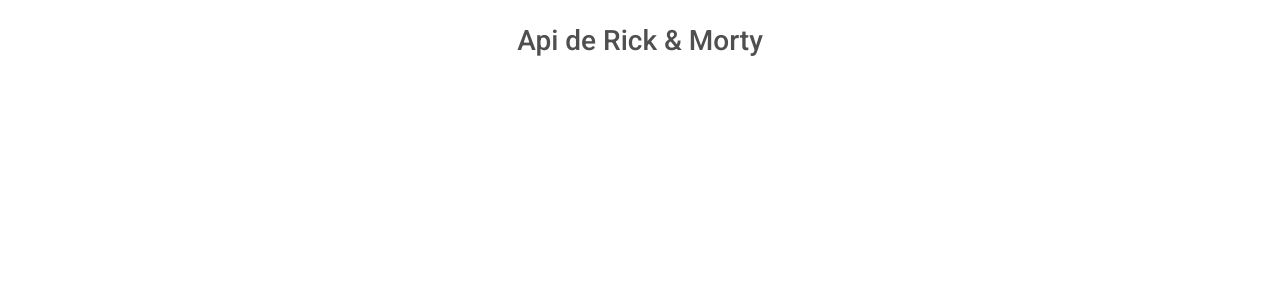
Repository: TzStrikerYT/myClassRoom
Page: consumo-api/index.html
An editor plug-in stored every save of this project. The page is shown before and after the next save, followed by the edit.
The browser window is 1280 px wide. The pictures show the whole page.

Above is the page before, as saved 2022-02-04 19:56:03.

### consumo-api/index.html
<!DOCTYPE html>
<html lang="en">
  <head>
    <meta charset="UTF-8" />
    <meta http-equiv="X-UA-Compatible" content="IE=edge" />
    <meta name="viewport" content="width=device-width, initial-scale=1.0" />
    <title>Document</title>

    <!-- Font Awesome -->
    <link
      href="https://cdnjs.cloudflare.com/ajax/libs/font-awesome/5.15.1/css/all.min.css"
      rel="stylesheet"
    />
    <!-- Google Fonts -->
    <link
      href="https://fonts.googleapis.com/css?family=Roboto:300,400,500,700&display=swap"
      rel="stylesheet"
    />
    <!-- MDB -->
    <link
      href="https://cdnjs.cloudflare.com/ajax/libs/mdb-ui-kit/3.10.2/mdb.min.css"
      rel="stylesheet"
    />
  </head>
  <body>


    <div class="d-flex justify-content-center mt-4">
        <h3> Api de Rick & Morty</h3>
    </div>

    <div class="d-flex justify-content-center mt-4 gap-3" id="cards">
        <!-- impresion de tarjetas -->
    </div>


    <!-- MDB -->
    <script
      type="text/javascript"
      src="https://cdnjs.cloudflare.com/ajax/libs/mdb-ui-kit/3.10.2/mdb.min.js"
    ></script>
    <script src="assets/script.js"></script>
  </body>
</html>

### consumo-api/assets/script.js
function callApi(personaje) {
  if (!personaje) {
    fetch("https://rickandmortyapi.com/api/character/2")
      .then((res) => res.json())
      .then((data) => printPersonaje(data));
  } else {
    fetch(`https://rickandmortyapi.com/api/character/${personaje}`)
    .then((res) => res.json())
    .then((data) => printPersonaje(data));
  }
}

function printPersonaje(dataPersonaje) {

    for(let i = 1; i <= 10; i++){
        document.getElementById("cards").innerHTML = `

    <div class="card" style="width: 18rem;">
            <img src="${dataPersonaje.image}" class="card-img-top" alt="Chicago Skyscrapers"/>
            <div class="card-body">
              <h5 class="card-title">${dataPersonaje.name}</h5>
              <p class="card-text">Some quick example text to build on the card title and make up the bulk of the card's content.</p>
            </div>
            <ul class="list-group list-group-flush">
              <li class="list-group-item">${dataPersonaje.status}</li>
              <li class="list-group-item">${dataPersonaje.gender}</li>
              <li class="list-group-item">${dataPersonaje.species}</li>
            </ul>
            <div class="card-body">
              <a href="#" class="card-link">Card link</a>
              <a href="#" class="card-link">Another link</a>
            </div>
          </div>

    `;
    }
}

After the next save:
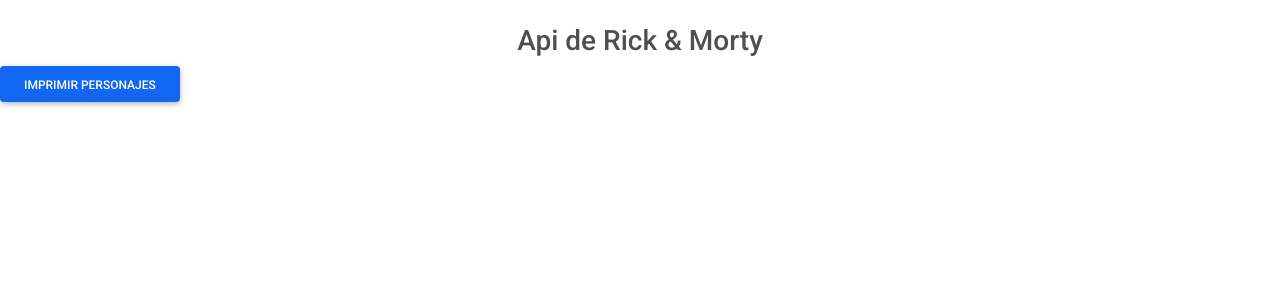
Saved 79 s later.
--- a/consumo-api/index.html
+++ b/consumo-api/index.html
@@ -29,6 +29,8 @@
         <h3> Api de Rick & Morty</h3>
     </div>
 
+    <button class="btn btn-primary" onclick="callApi"> Imprimir personajes </button>
+
     <div class="d-flex justify-content-center mt-4 gap-3" id="cards">
         <!-- impresion de tarjetas -->
     </div>
